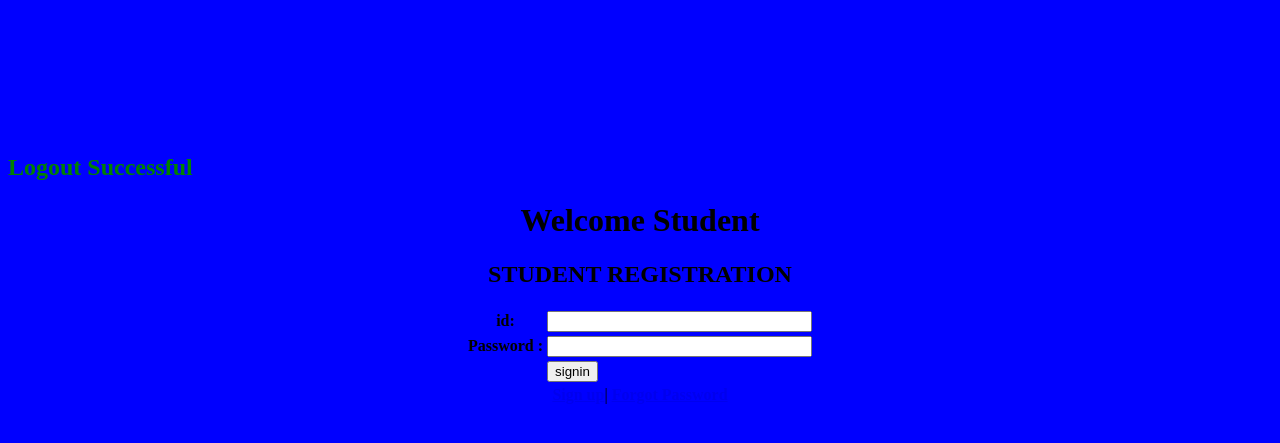
Repository: sachinmandloi1921/AdvanceJava
Page: http://localhost/Advance_Maven/logout.jsp
An editor plug-in stored every save of this project. The page is shown before and after the next save, followed by the edit.
The browser window is 1280 px wide. The pictures show the whole page.
The page is served by Tomcat 9. Other server files are loaded and not shown.

Above is the page before, as saved 2022-07-14 10:18:03.

### Advance Workspace/Advance_Maven/src/main/webapp/logout.jsp
<%@ page language="java" contentType="text/html; charset=ISO-8859-1"
	pageEncoding="ISO-8859-1"%>
<!DOCTYPE html>
<html>
<head>
<meta charset="ISO-8859-1">
<title>Logout Page</title>
</head>
<body>
	<%
		session.invalidate();
		RequestDispatcher rd = request.getRequestDispatcher("loginview.jsp");
		request.setAttribute("logout", "Logout Successful");
		rd.forward(request, response);
	%>
</body>
</html>

### Advance Workspace/Advance_Maven/src/main/webapp/loginview.jsp

<%@ page language="java" contentType="text/html; charset=ISO-8859-1"
	pageEncoding="ISO-8859-1"%>
<!DOCTYPE html>
<html>
<head>
<meta charset="ISO-8859-1">
<title>Insert title here</title>
</head>
<body style="background-color: blue">
	<form action="loginctrl" method="post">
		<br> <br> <br> <br> <br> <br> <br>
		<%
			String s = (String) request.getAttribute("msg");
			String L = (String) request.getAttribute("Lmsg");
			String P = (String) request.getAttribute("Pmsg");
			if (s != null) {
		%>
		<h1 style="color: red"><%=s%></h1>
		<%
			}
		%>

		<%
			String logout = (String) request.getAttribute("logout");
			if (logout != null) {
		%>
		<h2>
			<font color="green"><%=logout%></font>
		</h2>
		<%
			}
		%>

		<div align="center">
			<h1>Welcome Student</h1>

			<h2>STUDENT REGISTRATION</h2>
			<table>
				<tr>
					<th>id:</th>
					<td><input type="text" name="id" size=30 value=""> <font
						color="red"> <%
 	if (L != null) {
 %><%=L%> <%
 	}
 %></font></td>

				</tr>
				<tr>
					<th>Password :</th>
					<td><input type="password" name="pwd" size=30 value="">
						<font color="red"> <%
 	if (P != null) {
 %><%=P%> <%
 	}
 %>
					</font></td>
				</tr>

				<tr>
					<th></th>
					<td colspan="2"><input type="submit" name="operation"
						value="signin"> &nbsp;</td>
				</tr>
				<tr>
					<td colspan="2" align="center"><a href="RegView.jsp"><b>Sign
								up</b></a>| <a href="forgot.jsp"><b>Forgot Password</b></a> <a
						href="welcomeview.jsp>"></a></td>
				</tr>



			</table>
		</div>
</body>
</html>

After the next save:
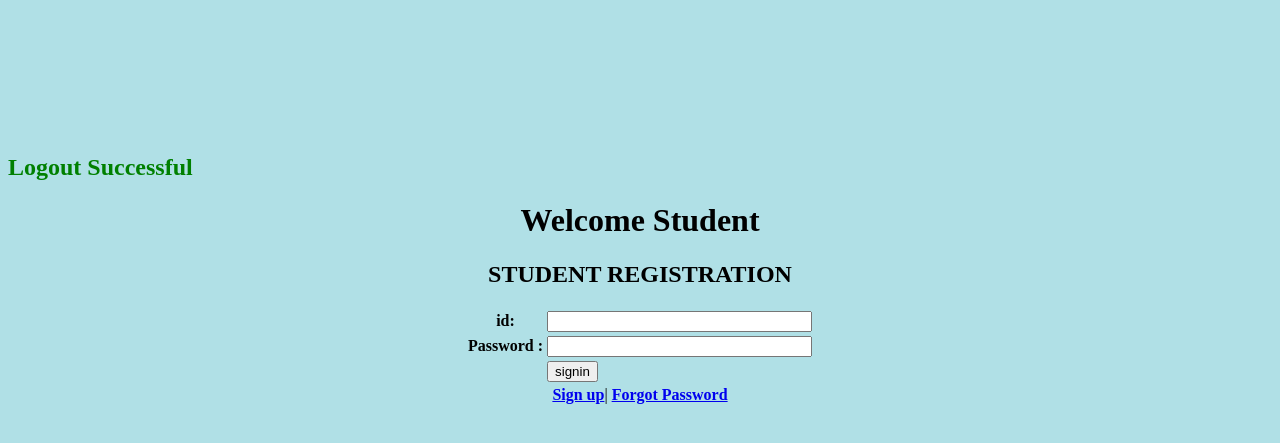
Saved 64 s later.
--- a/Advance Workspace/Advance_Maven/src/main/webapp/loginview.jsp
+++ b/Advance Workspace/Advance_Maven/src/main/webapp/loginview.jsp
@@ -7,7 +7,7 @@
 <meta charset="ISO-8859-1">
 <title>Insert title here</title>
 </head>
-<body style="background-color: blue">
+<body style="background-color: powderblue">
 	<form action="loginctrl" method="post">
 		<br> <br> <br> <br> <br> <br> <br>
 		<%
